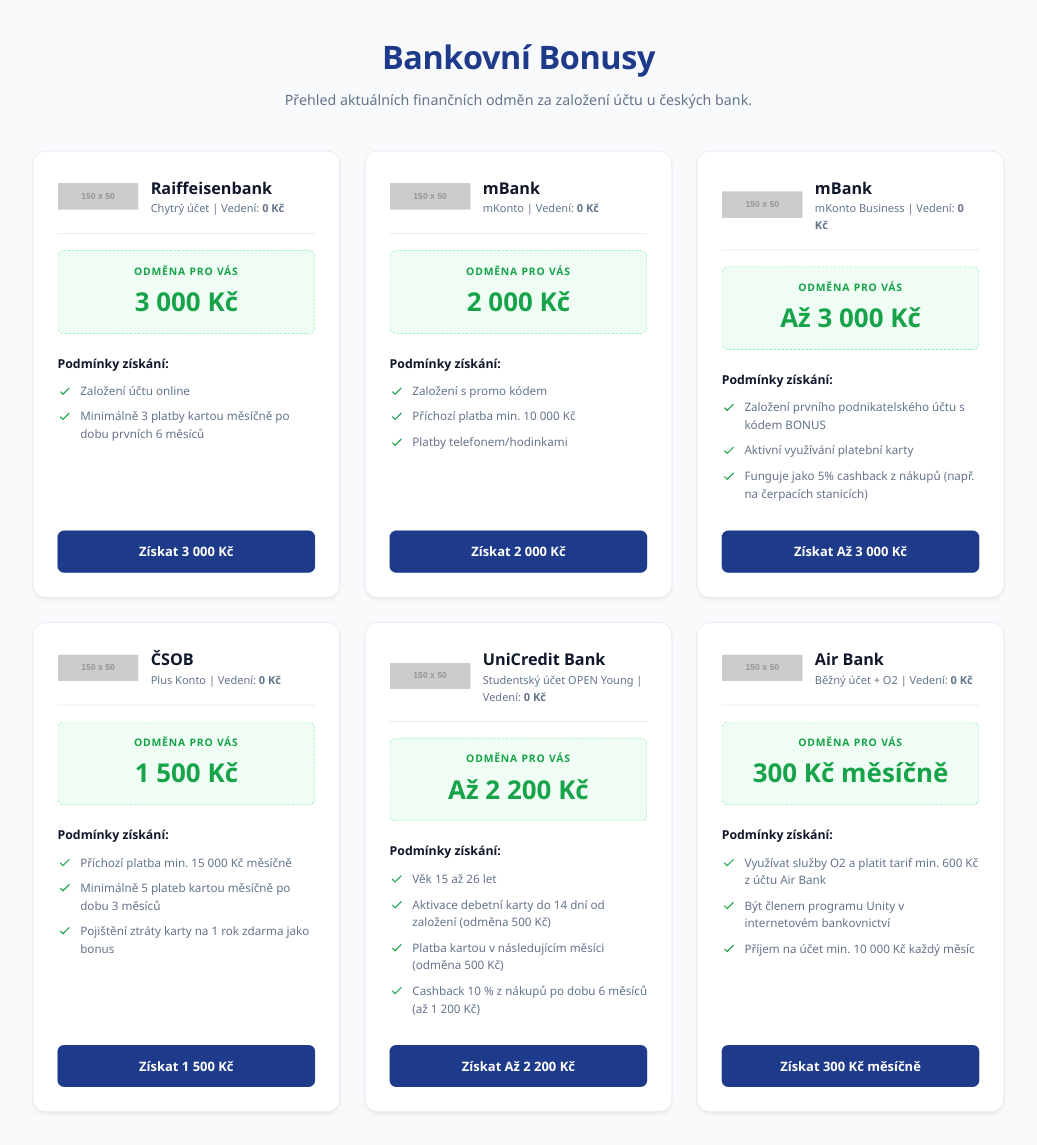
Repository: Martin49232/bankovnibonusy
Page: index.html
An editor plug-in stored every save of this project. The page is shown before and after the next save, followed by the edit.
The browser window is 1280 px wide. The pictures show the whole page, at 81% of full size.
Pictures or frames that could not be fetched are drawn as grey boxes.

Above is the page before, as saved 2026-03-10 17:13:29.

### index.html
<!DOCTYPE html>
<!DOCTYPE html>
<html lang="cs">
<head>
    <meta charset="UTF-8">
    <meta name="viewport" content="width=device-width, initial-scale=1.0">
    <title>Bankovní Bonusy | Nejlepší účty v ČR</title>
    <style>
        :root {
            --primary: #1e3a8a;
            --success: #16a34a;
            --bg-color: #f8fafc;
            --card-bg: #ffffff;
            --text-main: #0f172a;
            --text-muted: #64748b;
            --border: #e2e8f0;
        }

        body {
            font-family: 'Segoe UI', system-ui, -apple-system, sans-serif;
            background: var(--bg-color);
            margin: 0;
            padding: 40px 20px;
            color: var(--text-main);
            line-height: 1.5;
        }

        .container {
            max-width: 1200px;
            margin: 0 auto;
        }

        header {
            text-align: center;
            margin-bottom: 50px;
        }

        h1 {
            color: var(--primary);
            font-size: 2.5rem;
            margin: 0 0 10px 0;
            letter-spacing: -0.5px;
        }

        .subtitle {
            color: var(--text-muted);
            font-size: 1.1rem;
            margin: 0;
        }

        /* Grid Layout */
        .grid {
            display: grid;
            grid-template-columns: repeat(auto-fill, minmax(340px, 1fr));
            gap: 30px;
        }

        /* Card Styling */
        .card {
            background: var(--card-bg);
            border-radius: 16px;
            padding: 30px;
            box-shadow: 0 4px 6px -1px rgba(0,0,0,0.05), 0 2px 4px -2px rgba(0,0,0,0.05);
            display: flex;
            flex-direction: column;
            border: 1px solid var(--border);
            transition: transform 0.2s ease, box-shadow 0.2s ease;
        }

        .card:hover {
            transform: translateY(-5px);
            box-shadow: 0 20px 25px -5px rgba(0,0,0,0.1), 0 8px 10px -6px rgba(0,0,0,0.1);
        }

        /* Card Header (Logo + Bank Name) */
        .card-header {
            display: flex;
            align-items: center;
            gap: 15px;
            margin-bottom: 20px;
            padding-bottom: 20px;
            border-bottom: 1px solid var(--border);
        }

        .card-header img {
            max-width: 100px;
            max-height: 40px;
            object-fit: contain;
        }

        .bank-info {
            display: flex;
            flex-direction: column;
        }

        .bank-name {
            font-size: 1.25rem;
            font-weight: 700;
            margin: 0;
        }

        .meta {
            font-size: 0.85rem;
            color: var(--text-muted);
        }

        /* Bonus Highlight */
        .bonus-wrapper {
            background: #f0fdf4;
            border: 1px dashed #86efac;
            border-radius: 8px;
            padding: 15px;
            text-align: center;
            margin-bottom: 25px;
        }

        .bonus-label {
            display: block;
            font-size: 0.8rem;
            text-transform: uppercase;
            letter-spacing: 1px;
            color: var(--success);
            font-weight: 600;
            margin-bottom: 4px;
        }

        .bonus {
            font-size: 2rem;
            font-weight: 800;
            color: var(--success);
            margin: 0;
        }

        /* Requirements List */
        .req-title {
            font-weight: 600;
            font-size: 0.95rem;
            margin-bottom: 12px;
        }

        .requirements {
            flex-grow: 1;
            font-size: 0.9rem;
            margin: 0 0 25px 0;
            padding: 0;
            color: var(--text-muted);
            list-style: none;
        }

        .requirements li {
            position: relative;
            padding-left: 28px;
            margin-bottom: 10px;
        }

        /* Custom SVG Checkmark */
        .requirements li::before {
            content: '';
            position: absolute;
            left: 0;
            top: 2px;
            width: 18px;
            height: 18px;
            background-image: url("data:[embedded picture, 228 characters]");
            background-size: contain;
            background-repeat: no-repeat;
        }

        /* Call to Action Button */
        .btn {
            display: block;
            text-align: center;
            background: var(--primary);
            color: white;
            text-decoration: none;
            padding: 14px;
            border-radius: 8px;
            font-weight: 600;
            font-size: 1rem;
            transition: background 0.2s;
        }

        .btn:hover {
            background: #1e40af;
        }
    </style>
</head>
<body>
    <div class="container">
        <header>
            <h1>Bankovní Bonusy</h1>
            <p class="subtitle">Přehled aktuálních finančních odměn za založení účtu u českých bank.</p>
        </header>

        <div id="deals-container" class="grid"></div>
    </div>

    <script>
        document.addEventListener('DOMContentLoaded', () => {
            fetch('data.json')
                .then(response => {
                    if (!response.ok) throw new Error('Network response was not ok');
                    return response.json();
                })
                .then(data => renderDeals(data))
                .catch(error => console.error('Error loading data:', error));
        });

        function renderDeals(deals) {
            const container = document.getElementById('deals-container');

            deals.forEach(deal => {
                const reqList = deal.requirements.map(req => `<li>${req}</li>`).join('');

                const card = document.createElement('div');
                card.className = 'card';

                // Constructing the new, prettier DOM structure for each card
                card.innerHTML = `
                    <div class="card-header">
                        <img src="${deal.logoUrl}" alt="${deal.bankName} logo">
                        <div class="bank-info">
                            <h2 class="bank-name">${deal.bankName}</h2>
                            <div class="meta">${deal.accountName} | Vedení: <strong>${deal.monthlyFee}</strong></div>
                        </div>
                    </div>

                    <div class="bonus-wrapper">
                        <span class="bonus-label">Odměna pro vás</span>
                        <div class="bonus">${deal.bonusAmount}</div>
                    </div>

                    <div class="req-title">Podmínky získání:</div>
                    <ul class="requirements">${reqList}</ul>

                    <a href="${deal.link}" target="_blank" rel="noopener noreferrer" class="btn">Získat ${deal.bonusAmount}</a>
                `;
                container.appendChild(card);
            });
        }
    </script>
</body>
</html>

### data.json
[
  {
    "id": "raiffeisen-chytry",
    "bankName": "Raiffeisenbank",
    "accountName": "Chytrý účet",
    "bonusAmount": "3 000 Kč",
    "requirements": [
      "Založení účtu online",
      "Minimálně 3 platby kartou měsíčně po dobu prvních 6 měsíců"
    ],
    "monthlyFee": "0 Kč",
    "link": "https://www.rb.cz/promo-odkaz",
    "logoUrl": "https://via.placeholder.com/150x50?text=Raiffeisenbank"
  },
  {
    "id": "mbank-mkonto",
    "bankName": "mBank",
    "accountName": "mKonto",
    "bonusAmount": "2 000 Kč",
    "requirements": [
      "Založení s promo kódem",
      "Příchozí platba min. 10 000 Kč",
      "Platby telefonem/hodinkami"
    ],
    "monthlyFee": "0 Kč",
    "link": "https://www.mbank.cz/promo-odkaz",
    "logoUrl": "https://via.placeholder.com/150x50?text=mBank"
  },
{
    "id": "mbank-business",
    "bankName": "mBank",
    "accountName": "mKonto Business",
    "bonusAmount": "Až 3 000 Kč",
    "requirements": [
      "Založení prvního podnikatelského účtu s kódem BONUS",
      "Aktivní využívání platební karty",
      "Funguje jako 5% cashback z nákupů (např. na čerpacích stanicích)"
    ],
    "monthlyFee": "0 Kč",
    "link": "https://www.mbank.cz/",
    "logoUrl": "https://via.placeholder.com/150x50?text=mBank"
  },
  {
    "id": "csob-pluskonto",
    "bankName": "ČSOB",
    "accountName": "Plus Konto",
    "bonusAmount": "1 500 Kč",
    "requirements": [
      "Příchozí platba min. 15 000 Kč měsíčně",
      "Minimálně 5 plateb kartou měsíčně po dobu 3 měsíců",
      "Pojištění ztráty karty na 1 rok zdarma jako bonus"
    ],
    "monthlyFee": "0 Kč",
    "link": "https://www.csob.cz/",
    "logoUrl": "https://via.placeholder.com/150x50?text=CSOB"
  },
  {
    "id": "unicredit-student",
    "bankName": "UniCredit Bank",
    "accountName": "Studentský účet OPEN Young",
    "bonusAmount": "Až 2 200 Kč",
    "requirements": [
      "Věk 15 až 26 let",
      "Aktivace debetní karty do 14 dní od založení (odměna 500 Kč)",
      "Platba kartou v následujícím měsíci (odměna 500 Kč)",
      "Cashback 10 % z nákupů po dobu 6 měsíců (až 1 200 Kč)"
    ],
    "monthlyFee": "0 Kč",
    "link": "https://www.unicreditbank.cz/",
    "logoUrl": "https://via.placeholder.com/150x50?text=UniCredit+Bank"
  },
  {
    "id": "airbank-bezny",
    "bankName": "Air Bank",
    "accountName": "Běžný účet + O2",
    "bonusAmount": "300 Kč měsíčně",
    "requirements": [
      "Využívat služby O2 a platit tarif min. 600 Kč z účtu Air Bank",
      "Být členem programu Unity v internetovém bankovnictví",
      "Příjem na účet min. 10 000 Kč každý měsíc"
    ],
    "monthlyFee": "0 Kč",
    "link": "https://www.airbank.cz/",
    "logoUrl": "https://via.placeholder.com/150x50?text=Air+Bank"
  }
]

After the next save:
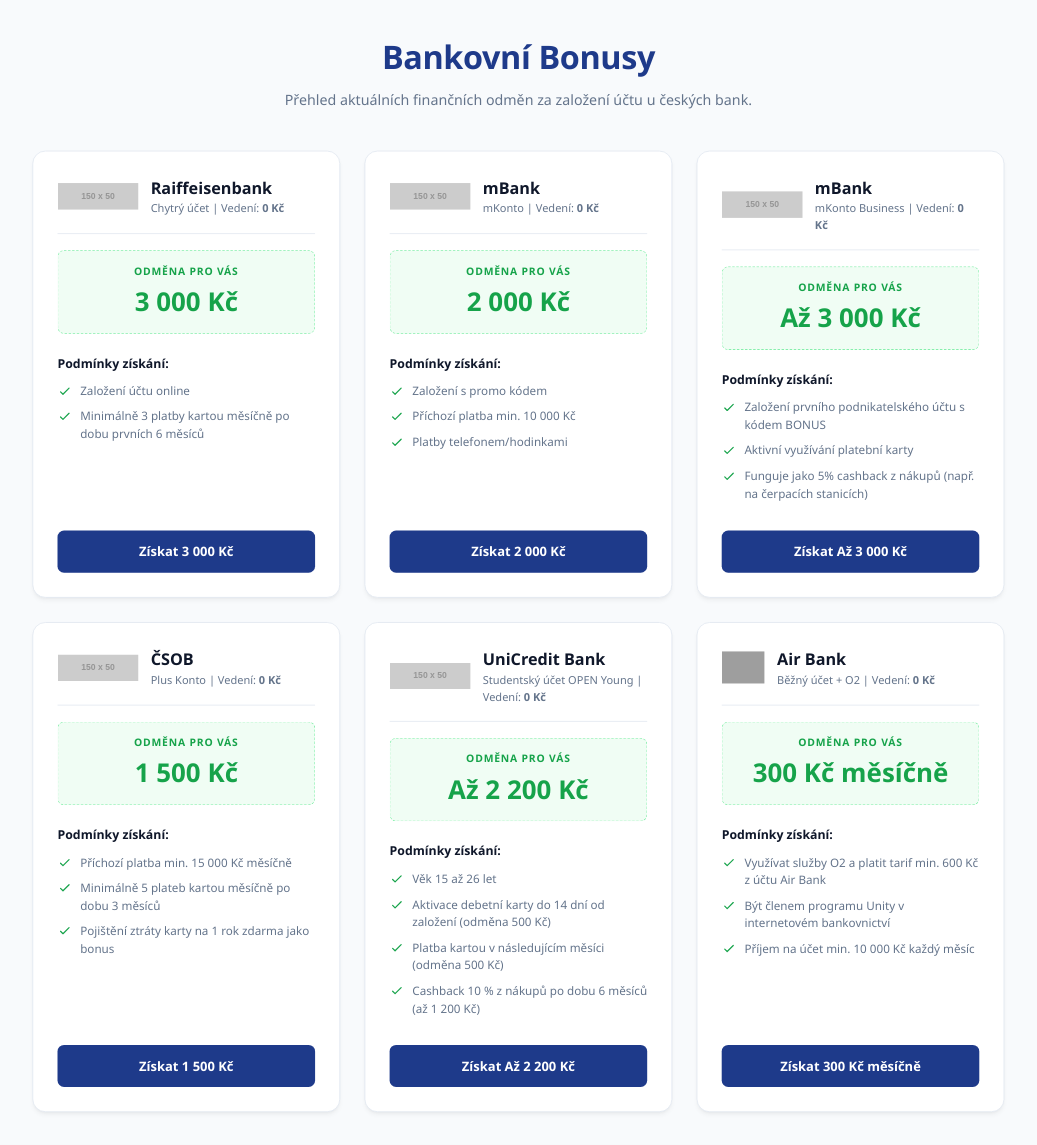
Saved 7 min 59 s later.
--- a/data.json
+++ b/data.json
@@ -81,6 +81,6 @@
     ],
     "monthlyFee": "0 Kč",
     "link": "https://www.airbank.cz/",
-    "logoUrl": "https://via.placeholder.com/150x50?text=Air+Bank"
+    "logoUrl": "images/a"
   }
 ]
